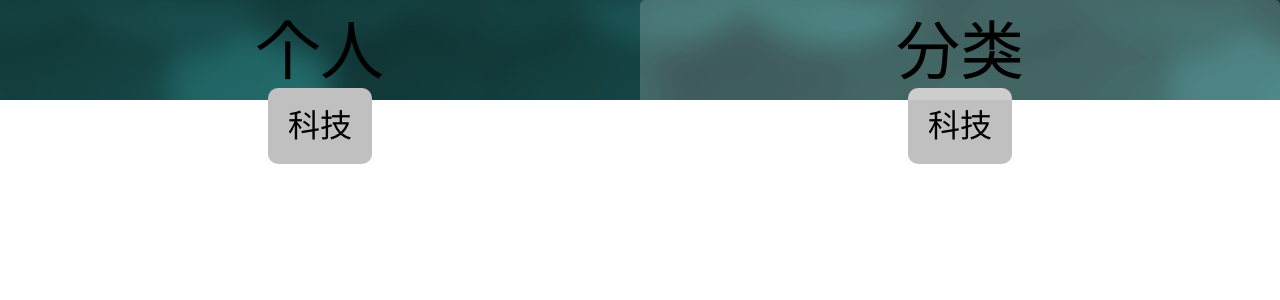
Repository: aoandxie/AoNews
Page: AoNews/WebContent/classify.html
These files come from the project's save history. The page is drawn as it stood at one moment and after the next save; the edit follows.
The browser window is 1280 px wide. The pictures show the whole page.

Above is the page before, as saved 2017-03-05 16:01:56.

### AoNews/WebContent/classify.html
<!DOCTYPE html>
<html>
	<head>
		<meta charset="UTF-8">
		<title>Ao News 首页</title>
		<link type="text/css" rel="stylesheet" href="common_style.css">
	</head>
	<body>
		<div class="Top">
			<ul><a href="faction.html">个人</a></ul>
			<ul class="Now"><a>分类</a></ul>
		</div>
		<div class="ClassBoxContainer">
			<div class="ClassBox"><a>科技</a></div>
			<div class="ClassBox"><a>科技</a></div>
		</div>
	</body>
</html>

### AoNews/WebContent/common_style.css
@CHARSET "UTF-8";
/* common set */
*{
	margin: 0;
	border: 0;
	padding: 0;
	font-family: Arial, Helvetica, sans-serif;
}

a{
	text-decoration: none;
	color: #000;
}

/* Login & Register */
.Canvas{
	position: fixed;
	background-image: url("back.jpg");
	width: 100%;
	height: 100%;
}

.Form{
	position: fixed;
	background-color: rgba(255,255,255,.2);
	left: 35%;
	top: 30%;
	border-radius: 5px;
	border-width: 2px;
	border-color: #000000;
	border-style: solid;
	padding: 1em;
	margin: 2em;
	z-index: 255;
}

.Form label{
	font-size: 2em;
	margin-right: 1em;
	z-index: 255;
}

.Form input{
	height: 2em;
	width: 60%;
	font-size: 1em;
	border-style: groove;
	border-width: 2px;
	border-color: #000000;
}

.LineLabel{
	border-bottom-style: solid;
	border-bottom-width: 2px;
	border-bottom-color: #000000;
}

.Button{
	text-align: center;
	margin: 1em;
}

/* Faction & classify */
.Top{
	height: 100px;
	background-image: url("back.jpg");
	width: 100%;
	text-align: center;
}

.Top ul a{
	display: block;
	position: relative;
	float: left;
	width: 50%;
	height: 100px;
	font-size: 4em;
	border-top-left-radius: 5px;
	border-top-right-radius: 5px;
}

.Now a{
	background-color: rgba(255,255,255,.2);
}

/* Faction */
.News{
	text-align: left;
	display: block;
	color: #201f35;
	border-radius: 5px;
	border-width: 2px;
	border-color: #555753;
	border-style: solid;
	width: 250px;
	margin: 5px;
}

.News:HOVER{
	background-color: #888a85;
}

.News a{
	font-size: 2em;
	margin: 5px;
}

.News a:CHECKED{
	color: #201f35;
}

/* Classify */
.ClassBoxContainer{
	width: 100%;
	text-align: center;
}

.ClassBox{
	float: left;
	width: 50%;
}

.ClassBox a{
	font-size: 2em;
	padding: 20px;
	border-radius: 10px;
	background-color: silver;

}

After the next save:
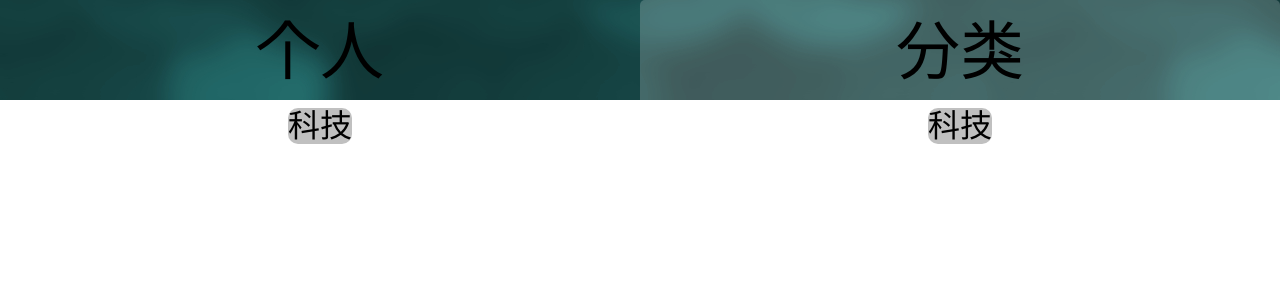
Saved 18 s later.
--- a/AoNews/WebContent/common_style.css
+++ b/AoNews/WebContent/common_style.css
@@ -122,7 +122,6 @@ a{
 
 .ClassBox a{
 	font-size: 2em;
-	padding: 20px;
 	border-radius: 10px;
 	background-color: silver;
 
